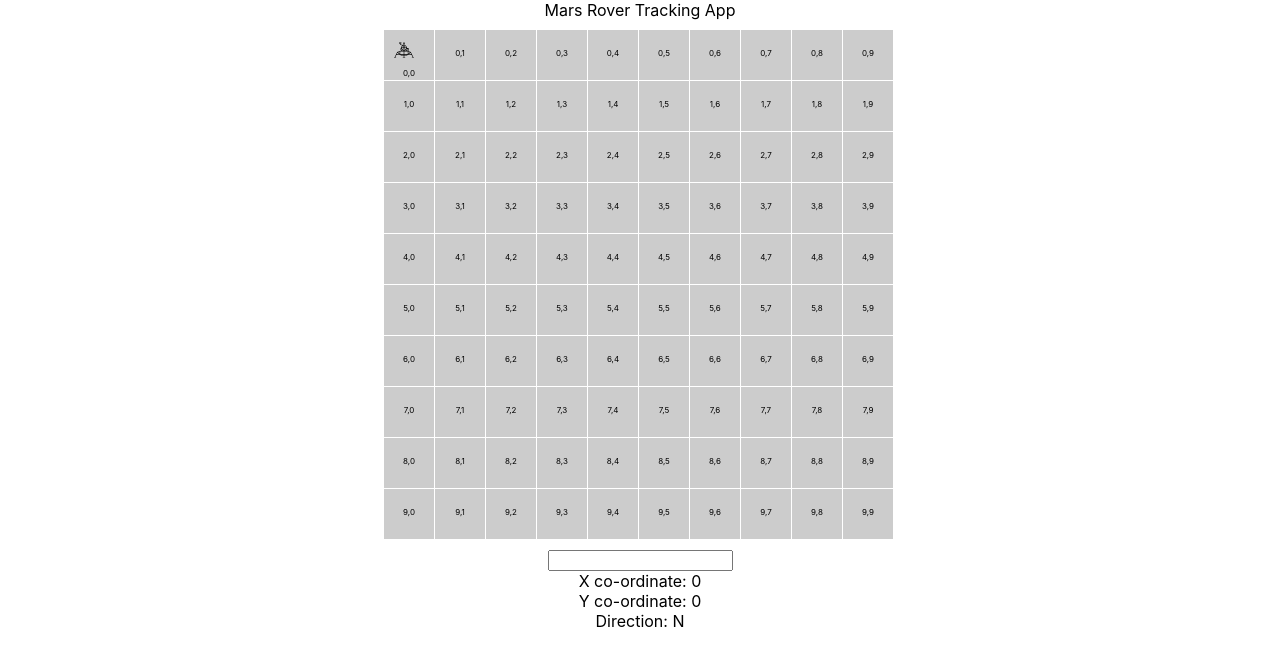
Repository: madhurisandbhor/Rover-Tracking-App
Page: /
These files come from the project's save history. The page is drawn as it stood at one moment and after the next save; the edit follows.
The browser window is 1280 px wide. The pictures show the whole page.
The project was rebuilt for these pictures with package versions that can differ from the ones it lists, and the page was loaded fresh each time.

Above is the page before, as saved 2021-09-06 19:11:45.

### src/App.js
import './App.css';
import Grid from './Grid'

function App() {
  return (
    <div className="App">
      <div>Mars Rover Tracking App</div>
      <Grid />
    </div>
  );
}

export default App;

### src/Grid.jsx
import React, { useState, useEffect } from 'react'
import { maxY, maxX, x, y, d } from './constants'
import testGrid from './testGrid'
import roverIcon from './svg/rover-icon.svg'

const wrapper = {
  width: '40%',
  margin: '10px auto',
}

const grid = {
  margin: '10px auto',
  display: 'grid',
  gridTemplateColumns: `repeat(${maxY + 1}, 50px)`,
  gridTemplateRows: `repeat(${maxX + 1}, 50px)`,
  gridGap: '1px',
}

const itemStyle = {
  padding: '10px',
  backgroundColor: '#ccc',
}

const itemSpan = {
  fontSize: '8px',
}

const roverImg = {
  width: '20px',
  height: '20px',
  alignText: 'center',
}

const Grid = () => {
  const gridLength = (maxX + 1) * (maxY + 1)
  const totalItems = Array(gridLength).fill()
  const [input, setInput] = useState('')
  const [roverXPosition, setRoverXPosition] = useState(x)
  const [roverYPosition, setRoverYPosition] = useState(y)
  const [roverDirection, setRoverDirection] = useState(d)
  const [transformProp, setTransformProp] = useState()

  useEffect(() => {
    const result = testGrid(input)
    setRoverXPosition(result[0]) // X-position
    setRoverYPosition(result[1]) // y-position
    setRoverDirection(result[2]) // direction

    if (roverDirection === 'N') setTransformProp('rotate(0deg)')
    else if (roverDirection === 'E') setTransformProp('rotate(90deg)')
    else if (roverDirection === 'S') setTransformProp('rotate(180deg)')
    else if (roverDirection === 'W') setTransformProp('rotate(-90deg)')
  }, [input, roverDirection])

  return (
    <div style={wrapper}>
      <div style={grid}>
        {totalItems.map((item, index) => (
          <div key={index} style={itemStyle}>
            {roverXPosition * 10 + roverYPosition === index && (
              <div style={roverImg}>
                <img
                  style={{ width: '100%', transform: transformProp }}
                  src={roverIcon}
                  alt="rover"
                />
              </div>
            )}
            <span style={itemSpan}>
              {Math.floor(index / 10)},{index % 10}
            </span>
          </div>
        ))}
      </div>
      <input
        name="inputString"
        value={input}
        onChange={(event) => setInput(event.target.value)}
      />
      <div>
        <div>X co-ordinate: {roverXPosition}</div>
        <div>Y co-ordinate: {roverYPosition}</div>
        <div> Direction: {roverDirection}</div>
      </div>
    </div>
  )
}

export default Grid

### src/constants.js
export const x = 0, y = 0, maxX = 9, maxY = 9;
export const d = 'N';
export const directionsToRight = ['N', 'E', 'S', 'W']
export const directionsToLeft = ['N', 'W', 'S', 'E']

### src/testGrid.js
import {
  x,
  y,
  d,
  directionsToRight,
  directionsToLeft,
  maxX,
  maxY,
} from './constants'

const testGrid = (testString) => {
  const roverPosition = [x, y, d]
  const testArr = testString.split('')

  for (let i = 0; i < testArr.length; i++) {
    if (testArr[i] === 'r') {
      let currDirIndex = directionsToRight.findIndex(
        (item) => item === roverPosition[2]
      )
      if (currDirIndex > -1 && currDirIndex < 3)
        roverPosition[2] = directionsToRight[currDirIndex + 1]
      else roverPosition[2] = directionsToRight[0]
    } else if (testArr[i] === 'l') {
      let currDirIndex = directionsToLeft.findIndex(
        (item) => item === roverPosition[2]
      )
      if (currDirIndex > -1 && currDirIndex < 3)
        roverPosition[2] = directionsToLeft[currDirIndex + 1]
      else roverPosition[2] = directionsToLeft[0]
    } else if (testArr[i] === 'f') {
      if (roverPosition[2] === 'E') {
        if (roverPosition[1] < maxY) roverPosition[1]++
        else roverPosition[1] = 0
      } else if (roverPosition[2] === 'S') {
        if (roverPosition[0] < maxX) roverPosition[0]++
        else roverPosition[0] = 0
      } else if (roverPosition[2] === 'N') {
        if (roverPosition[0] <= 0) roverPosition[0] = maxX
        else roverPosition[0]--
      } else if (roverPosition[2] === 'W') {
        if (roverPosition[1] <= 0) roverPosition[1] = maxY
        else roverPosition[1]--
      }
    }
  }

  return roverPosition
}

export default testGrid

Loaded but not shown: public/index.html (common file); src/index.js (common file); src/index.css (common file); src/App.css (common file)

After the next save:
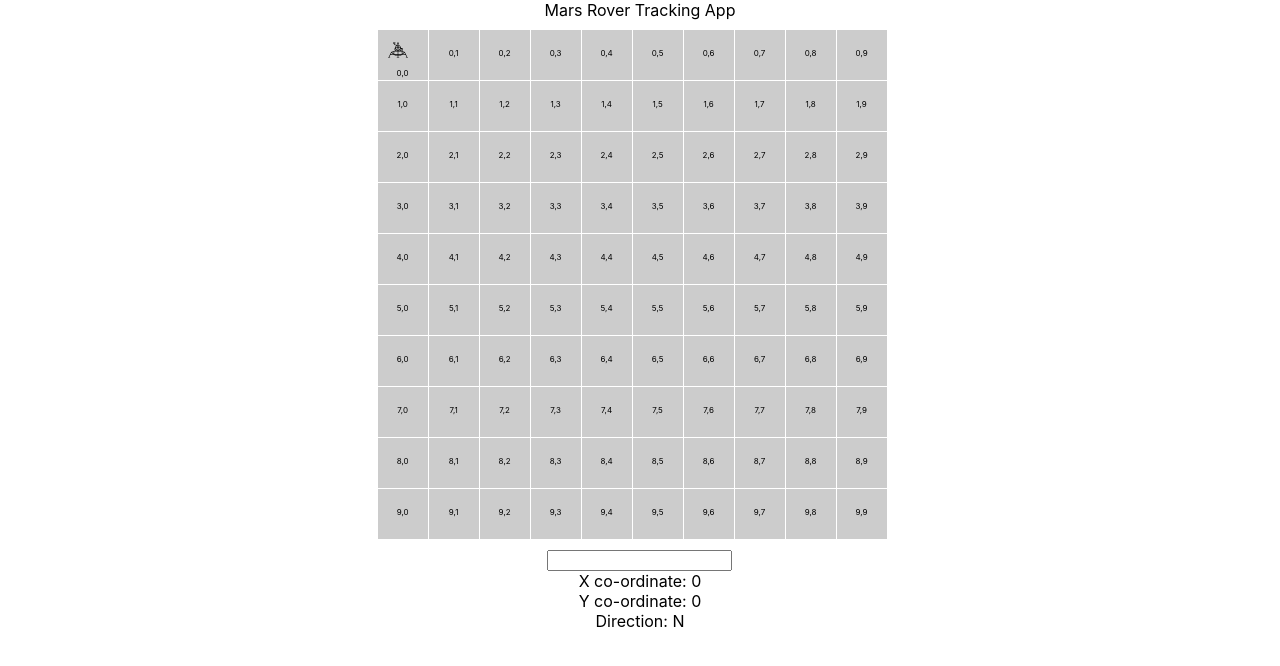
Saved 7 s later.
--- a/src/Grid.jsx
+++ b/src/Grid.jsx
@@ -4,7 +4,7 @@
 import roverIcon from './svg/rover-icon.svg'
 
 const wrapper = {
-  width: '40%',
+  width: '41%',
   margin: '10px auto',
 }
 
